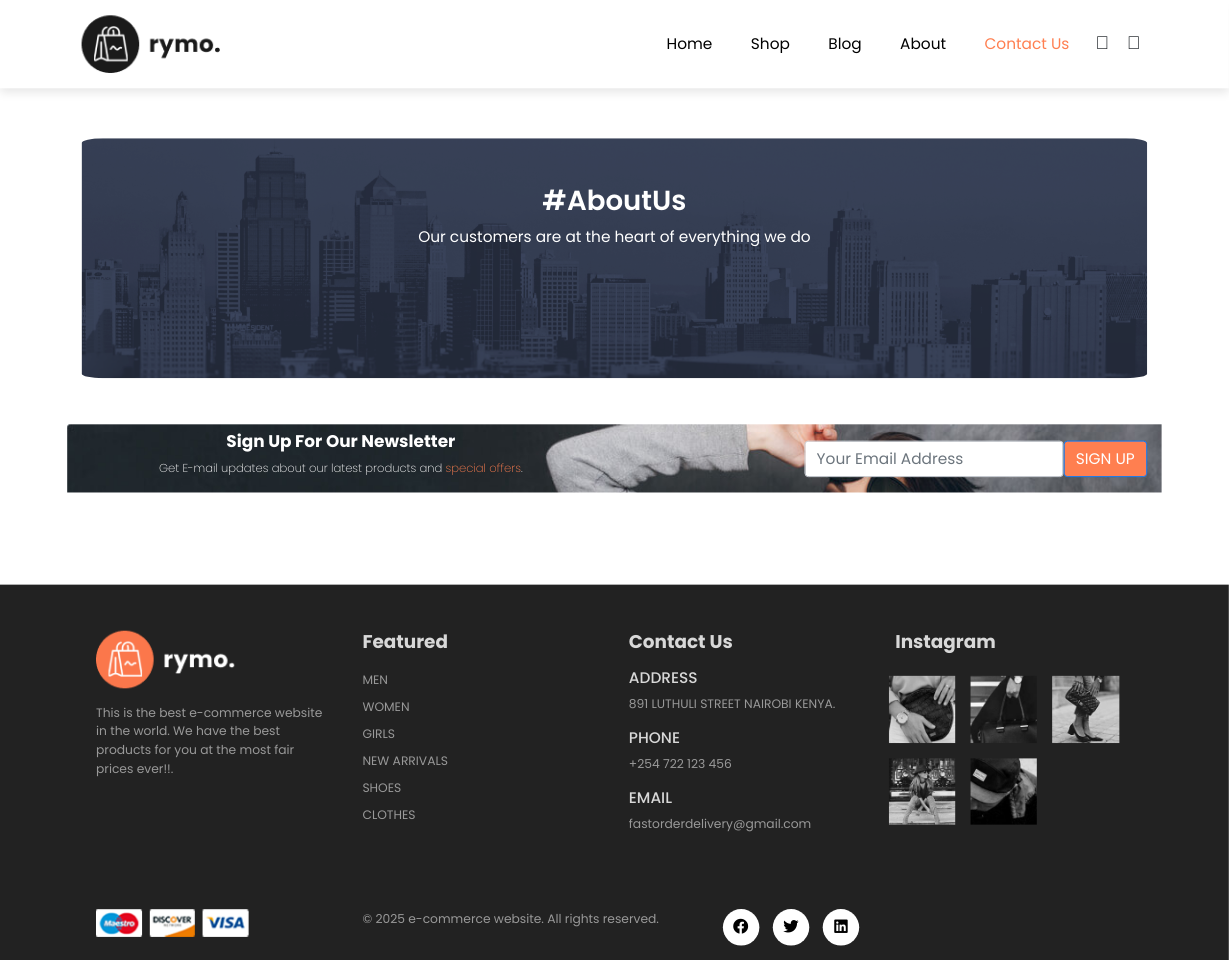
Repository: peter417waweru/e-commerce-UI
Page: contact.html
The author's editor kept a copy of each file at every save. The page is drawn from the files as they stood at one save, then again after the next save.
The browser window is 1280 px wide. The pictures show the whole page, at 96% of full size.
Some web libraries are served in a nearby version.

Above is the page before, as saved 2025-02-09 22:18:12.
Console error: TypeError: Cannot set properties of undefined (setting 'onclick')

After the next save:
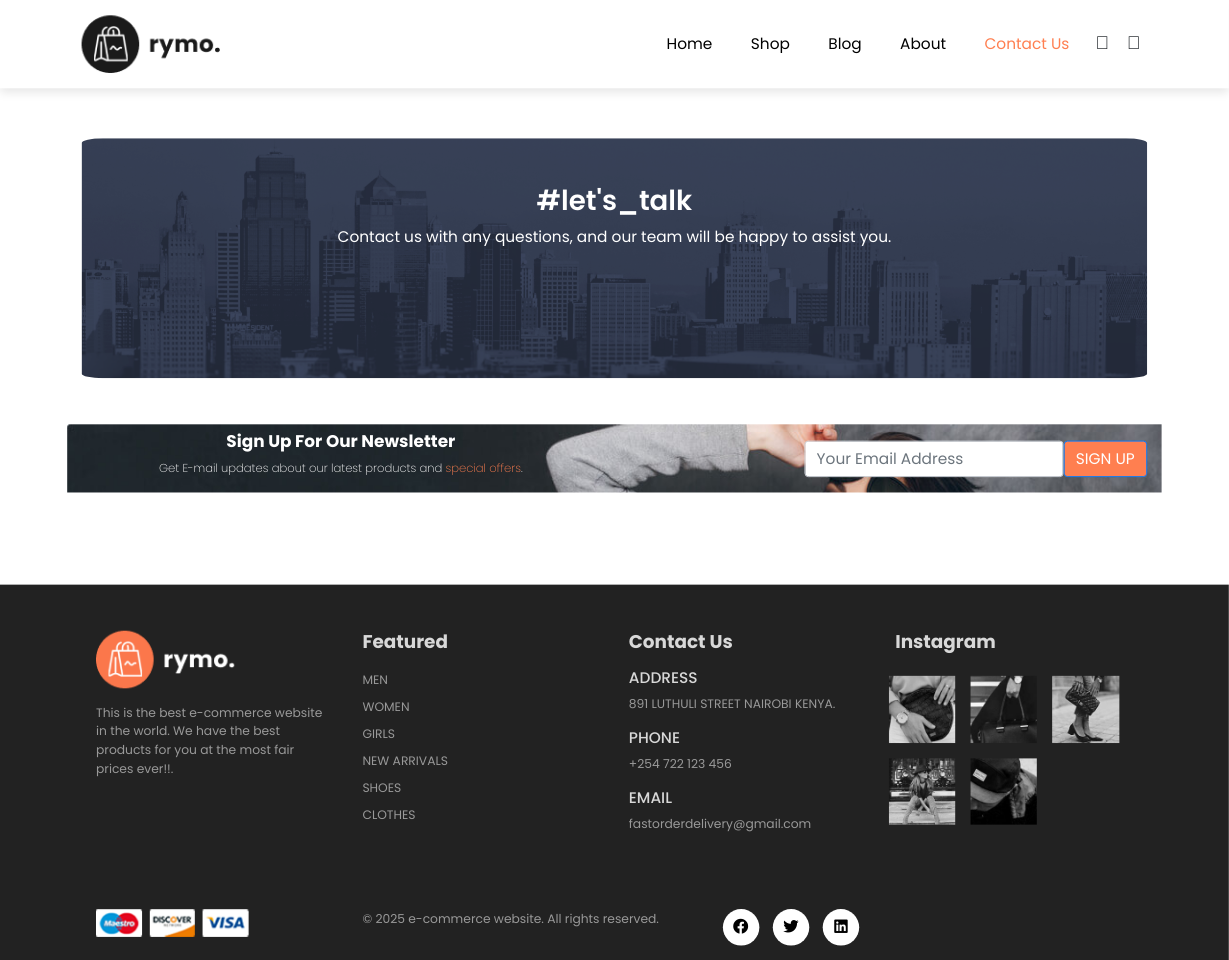
Saved 4 min 0 s later.
--- a/contact.html
+++ b/contact.html
@@ -55,8 +55,8 @@
 
         <section id="page-header" class="container mt-5 pt-5">
            <div class="about-header">
-            <h2 class="text-center mt-5 pt-5">#AboutUs</h2>
-            <p class="text-center">Our customers are at the heart of everything we do</p>
+            <h2 class="text-center mt-5 pt-5">#let's_talk</h2>
+            <p class="text-center">Contact us with any questions, and our team will be happy to assist you.</p>
            </div>
         </section>
 
